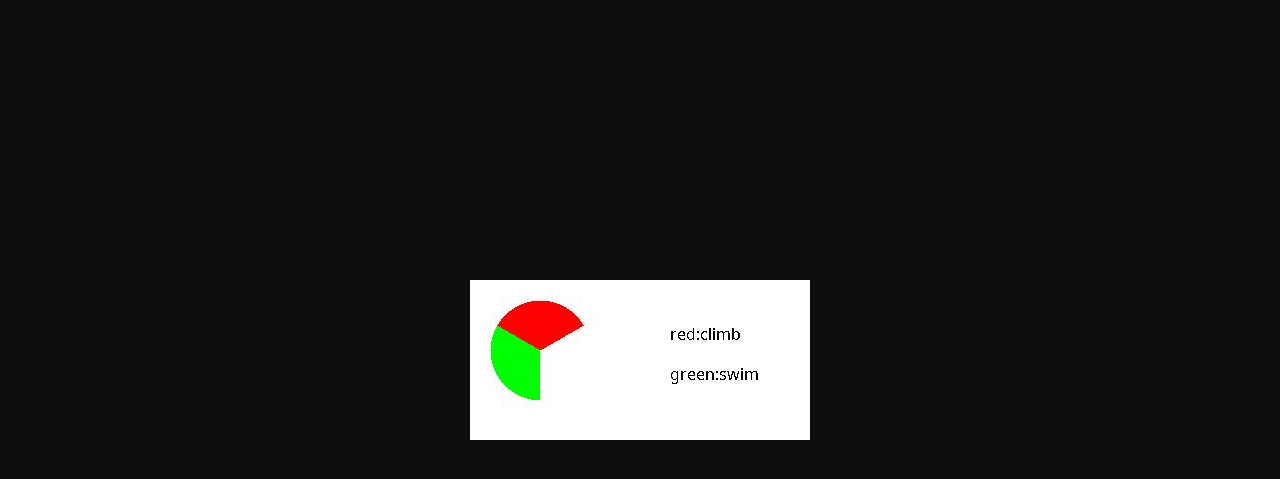
Repository: frankstar007/java
Page: http://localhost/CommentBoard/tu.jsp
The author's editor kept a copy of each file at every save. The page is drawn from the files as they stood at one save, then again after the next save.
The browser window is 1280 px wide. The pictures show the whole page.
The page is served by Tomcat 9.

Above is the page before, as saved 2016-05-16 02:06:55.

After the next save:
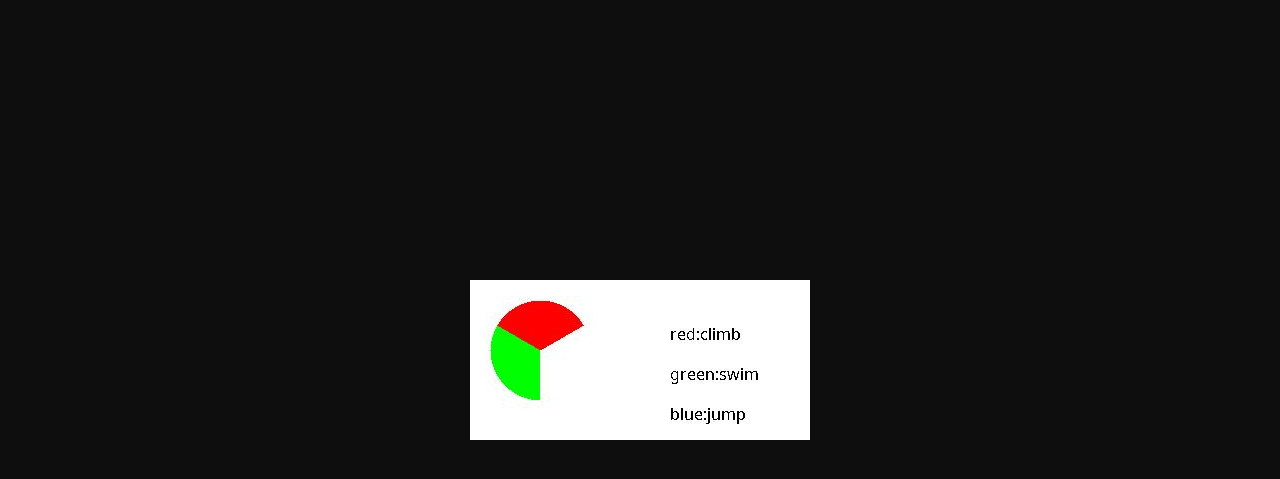
Saved 59 s later.
--- a/CommentBoard/WebContent/tu.jsp
+++ b/CommentBoard/WebContent/tu.jsp
@@ -25,6 +25,7 @@
 		graphics.setFont(new Font("Arial Black", Font.PLAIN, 16));
 		graphics.drawString("red:climb", 200, 60);
 		graphics.drawString("green:swim", 200, 100);
+		graphics.drawString("blue:jump", 200, 140);
 
 
 
